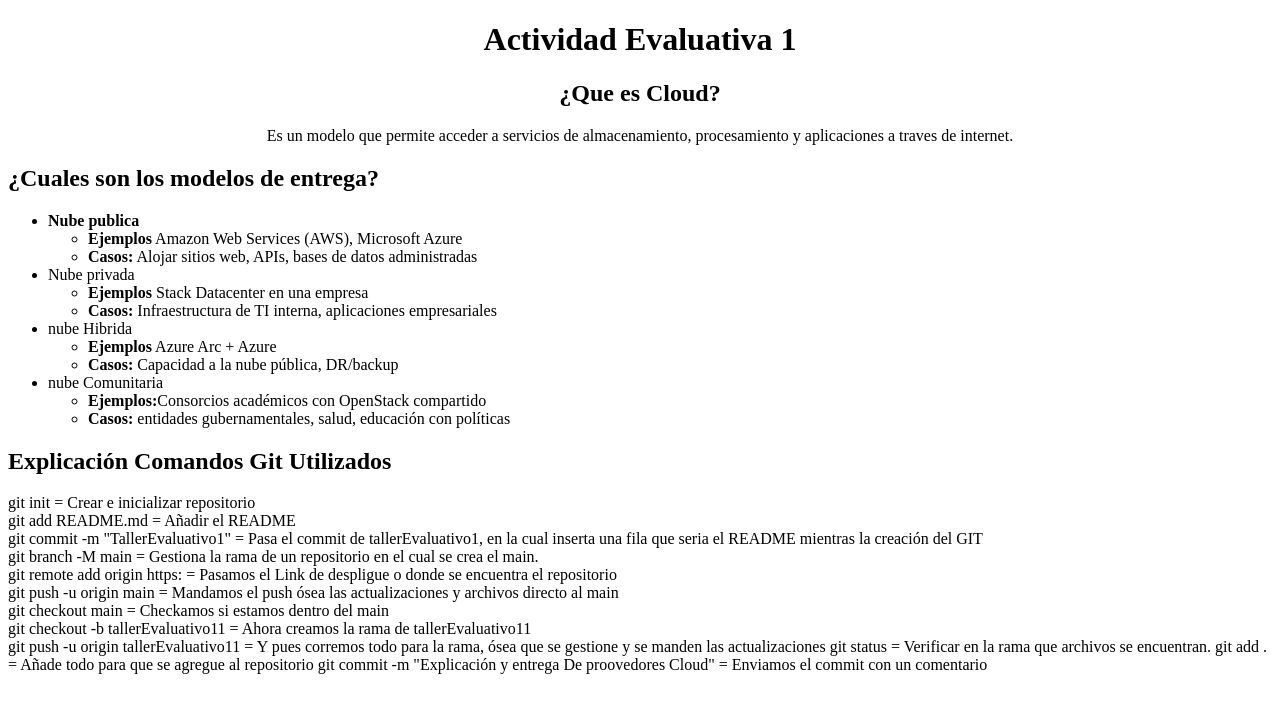
Repository: Laura-Oliveros/Actividad-Evaluativa-1
Page: LauSebas.html
The author's editor kept a copy of each file at every save. The page is drawn from the files as they stood at one save, then again after the next save.
The browser window is 1280 px wide. The pictures show the whole page.

Above is the page before, as saved 2025-09-04 19:42:33.

After the next save:
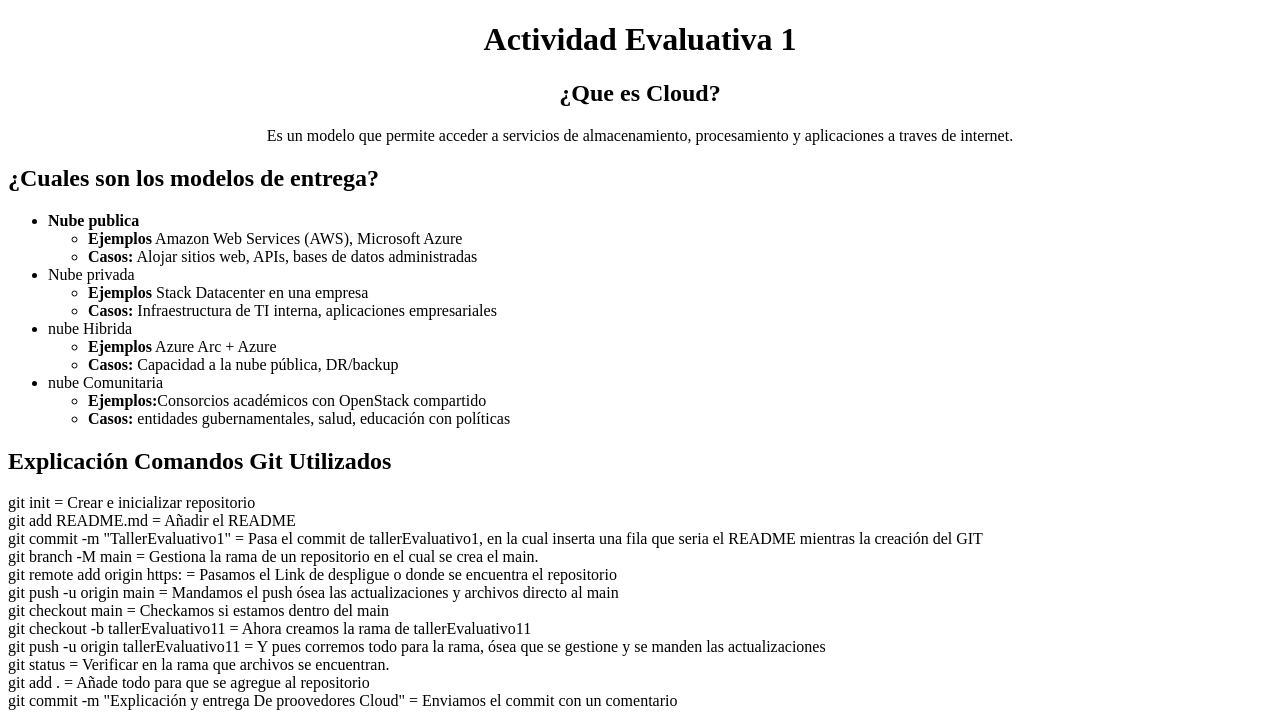
Saved 4 s later.
--- a/LauSebas.html
+++ b/LauSebas.html
@@ -51,10 +51,10 @@
             git push -u origin main = Mandamos el push ósea las actualizaciones y archivos directo al main<br>
             git checkout main = Checkamos si estamos dentro del main<br>
             git checkout -b tallerEvaluativo11 = Ahora creamos la rama de tallerEvaluativo11 <br>
-            git push -u origin tallerEvaluativo11 = Y pues corremos todo para la rama, ósea que se gestione y se manden las actualizaciones
-            git status = Verificar en la rama que archivos se encuentran.
-            git add . = Añade todo para que se agregue al repositorio
-            git commit -m "Explicación y entrega De proovedores Cloud" = Enviamos el commit con un comentario
+            git push -u origin tallerEvaluativo11 = Y pues corremos todo para la rama, ósea que se gestione y se manden las actualizaciones<br>
+            git status = Verificar en la rama que archivos se encuentran.<br>
+            git add . = Añade todo para que se agregue al repositorio<br>
+            git commit -m "Explicación y entrega De proovedores Cloud" = Enviamos el commit con un comentario<br>
 </p>
     </div>
 
